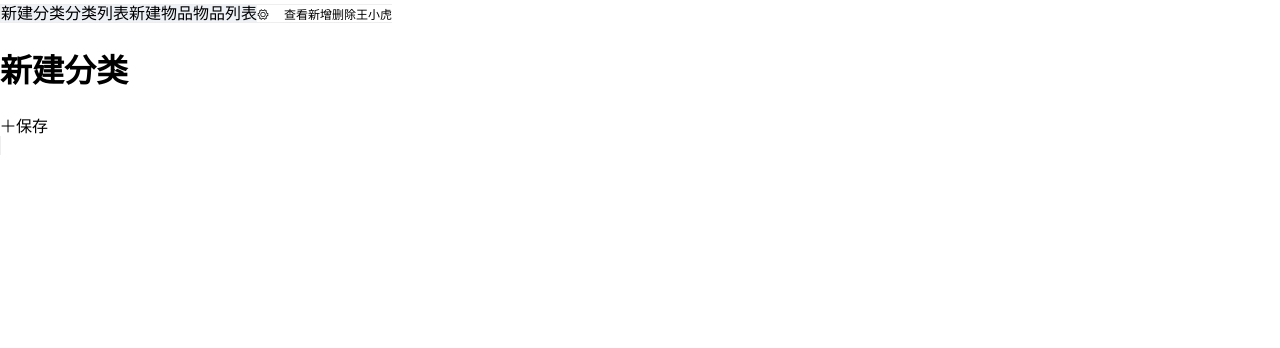
Repository: zqw980624/aaa
Page: /item/create (app in admin/)
These files come from the project's save history. The page is drawn as it stood at one moment and after the next save; the edit follows.
The browser window is 1280 px wide. The pictures show the whole page.
The project was rebuilt for these pictures with package versions that can differ from the ones it lists, and the page was loaded fresh each time. Also part of the build but not shown: admin/src/views/CategoryEditor.vue, admin/src/views/CategoryList.vue, admin/src/views/ItemList.vue. Imported but missing from the stored project, and not drawn on this page: admin/src/plugins/element.js.

Above is the page before, as saved 2020-03-05 22:33:07.

After the next save:
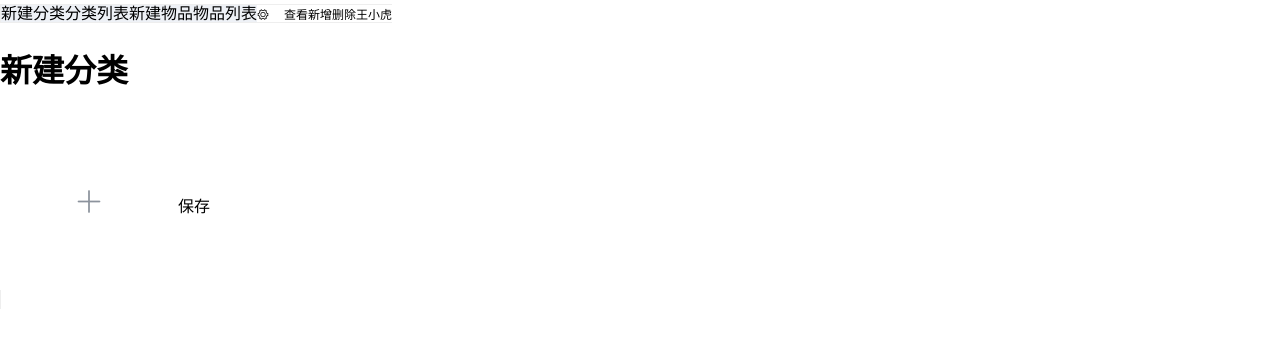
Saved 16 s later.
--- a/admin/src/views/ItemEditor.vue
+++ b/admin/src/views/ItemEditor.vue
@@ -73,3 +73,29 @@ export default {
   }
 };
 </script>
+
+<style>
+  .avatar-uploader .el-upload {
+    border: 1px dashed #d9d9d9;
+    border-radius: 6px;
+    cursor: pointer;
+    position: relative;
+    overflow: hidden;
+  }
+  .avatar-uploader .el-upload:hover {
+    border-color: #409EFF;
+  }
+  .avatar-uploader-icon {
+    font-size: 28px;
+    color: #8c939d;
+    width: 178px;
+    height: 178px;
+    line-height: 178px;
+    text-align: center;
+  }
+  .avatar {
+    width: 178px;
+    height: 178px;
+    display: block;
+  }
+</style>
